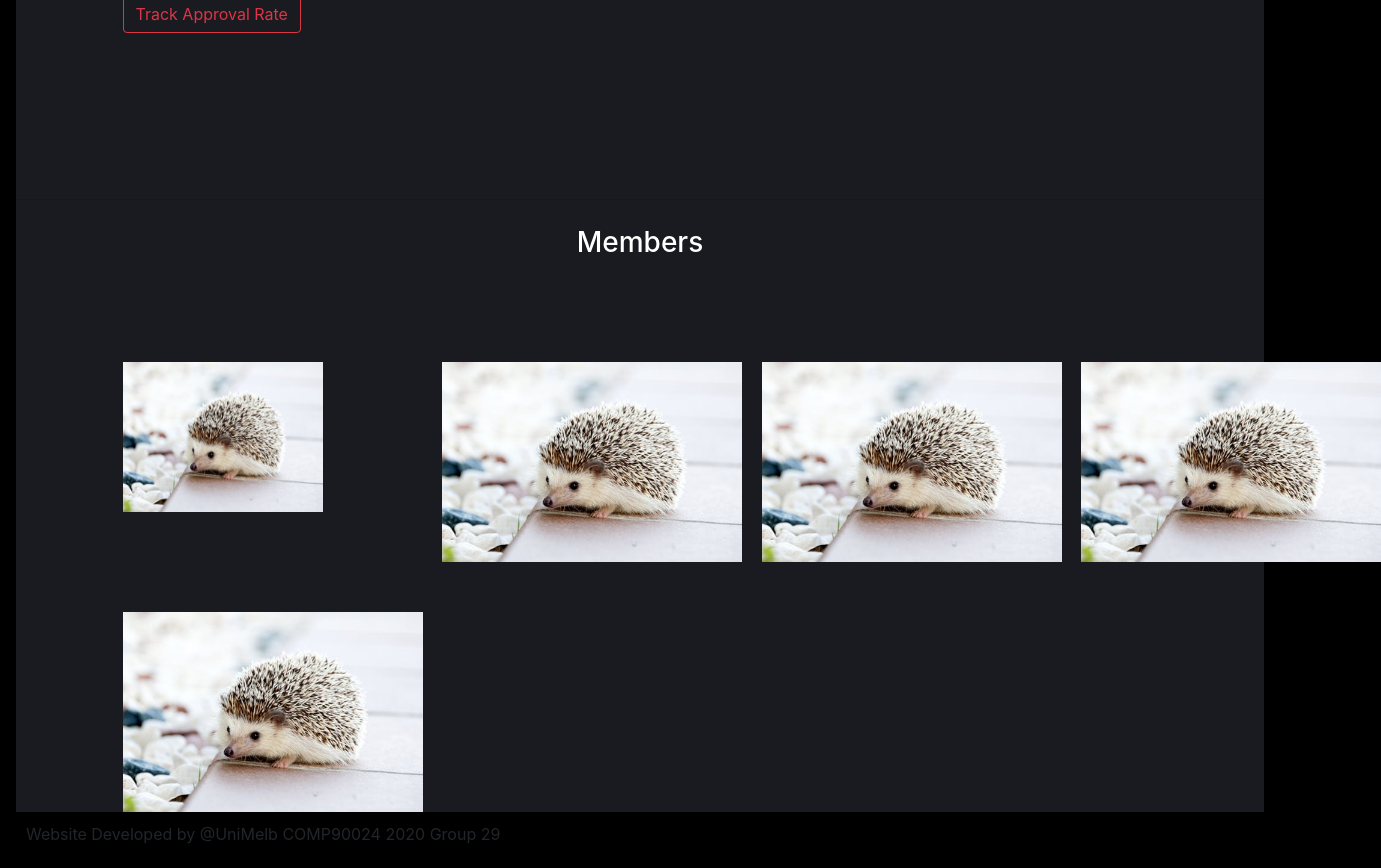
Repository: gusyi/COMP90024_Team29
Page: frontend/templates/frontend/home.html
The author's editor kept a copy of each file at every save. The page is drawn from the files as they stood at one save, then again after the next save.
The browser window is 1280 px wide. The page is 1381 px wide, then 1281 px, so the pictures cover 1381 px, including what lies to the right of the window. The pictures show the part of the page from y = 718 to 1586 px (the page is 1586 px tall before and 1486 px after).
Some web libraries are served in a nearby version. The template is drawn by Django 3.2. The application's start-up code is not run. Other server files are loaded and not shown. The template is opened directly, without the code that normally fills it, so the values that code supplies are empty.

Above is the page before, as saved 2020-05-25 23:24:41.

### backend/frontend/templates/frontend/home.html
{% extends "base_generic.html" %}

{% block main%}

    <div style="background-color:rgb(25, 27, 33);">


    <div style="height: 30px"></div>

    <div class="row">
        <div class="col-sm-1"></div>
        <div class="col-sm-6">
           <div style="height: 70px"></div>
            <h1 style="font-size:100px;color:white;" > Scott Morrison</h1>
            <svg height="30" width="1000">
                <line x1="0" y1="30" x2="400" y2="30" style="stroke:rgb(255,255,255);stroke-width:20" />
            </svg>
            <div style="height: 20px"></div>
            <h1 style="font-size:50px;color:white;" > A Sentiment Analysis on</h1>
            <h1 style="font-size:50px;color:white;" > Twitter Content</h1>

            <div style="height: 80px"></div>
            <a href="/map/"><button type="button" class="btn btn-outline-danger">Track Approval Rate</button></a>


        </div>
        <div class="col-sm-5">
            <div style="height: 50px"></div>
            {% load static %}
            <img src="{% static 'frontend/images/test2.svg' %}" width="500" height="500"/>


        </div>

    </div>
    <div style="height: 150px"></div>
    <hr>
    <div style="height: 10px"></div>
    <h3  style="text-align: center;color:white;"> Members</h3>
    <svg height="5" width="1000">
        <line x1="0" y1="30" x2="400" y2="30" style="stroke:rgb(255,255,255);stroke-width:50" />
    </svg>
    <br>
    <div style="height: 20px"></div>
    <div class="row">
        <div class="col-sm-1"></div>
        <div class="col-sm-2">
            <div style="height: 50px"></div>
            {% load static %}
            <img src="{% static 'frontend/images/pic1.jpeg' %}" width="200" height="150"/>


        </div>
        <div class="col-sm-1"></div>
        <div class="col-sm-2">
            <div style="height: 50px"></div>
            {% load static %}
            <img src="{% static 'frontend/images/pic1.jpeg' %}" width="300" height="200"/>


        </div>
        <div class="col-sm-1"></div>
        <div class="col-sm-2">
            <div style="height: 50px"></div>
            {% load static %}
            <img src="{% static 'frontend/images/pic1.jpeg' %}" width="300" height="200"/>


        </div>
        <div class="col-sm-1"></div>
        <div class="col-sm-2">
            <div style="height: 50px"></div>
            {% load static %}
            <img src="{% static 'frontend/images/pic1.jpeg' %}" width="300" height="200"/>


        </div>
        <div class="col-sm-1"></div>
        <div class="col-sm-2">
            <div style="height: 50px"></div>
            {% load static %}
            <img src="{% static 'frontend/images/pic1.jpeg' %}" width="300" height="200"/>


        </div>

    </div>



    <div>

    </div>
    </div>



{% endblock %}

### backend/frontend/templates/base_generic.html
<!doctype html>
<html lang="en">
  <head>
    <meta charset="utf-8">
    <meta name="viewport" content="width=device-width, initial-scale=1, shrink-to-fit=no">
    <meta name="description" content="">
    <meta name="author" content="Mark Otto, Jacob Thornton, and Bootstrap contributors">
    <meta name="generator" content="Jekyll v3.8.6">
    {% block title %}<title>Morrison Index</title>{% endblock %}


    <link rel="canonical" href="https://getbootstrap.com/docs/4.4/examples/cover/">

  {% load static %}
  <link rel="stylesheet" href="{% static 'frontend/bootstrap.min.css' %}">
  <script src="https://kit.fontawesome.com/e01ef97213.js" crossorigin="anonymous"></script>

    <!-- Favicons -->
<link rel="apple-touch-icon" href="/docs/4.4/assets/img/favicons/apple-touch-icon.png" sizes="180x180">
<link rel="icon" href="/docs/4.4/assets/img/favicons/favicon-32x32.png" sizes="32x32" type="image/png">
<link rel="icon" href="/docs/4.4/assets/img/favicons/favicon-16x16.png" sizes="16x16" type="image/png">
<link rel="manifest" href="/docs/4.4/assets/img/favicons/manifest.json">
<link rel="mask-icon" href="/docs/4.4/assets/img/favicons/safari-pinned-tab.svg" color="#563d7c">
<link rel="icon" href="/docs/4.4/assets/img/favicons/favicon.ico">
<meta name="msapplication-config" content="/docs/4.4/assets/img/favicons/browserconfig.xml">
<meta name="theme-color" content="#563d7c">

    <style>
        #footer {

            padding: 10px 10px 0px 10px;
            bottom: 0;
            width: 100%;
            /* Height of the footer*/
            height: 40px;
            background: dark;
        }
        .bd-placeholder-img {
          font-size: 1.125rem;
          text-anchor: middle;
          -webkit-user-select: none;
          -moz-user-select: none;
          -ms-user-select: none;
          user-select: none;
        }

        @media (min-width: 768px) {
          .bd-placeholder-img-lg {
            font-size: 3.5rem;
          }
        }
    </style>

  </head>
  <header class="masthead mb-auto">
    <div class="inner">

        <nav class="navbar navbar-expand-lg navbar-dark bg-black">

            {% load static %}
            <img src="{% static 'frontend/images/website_logo_90_675.svg' %}" width="90" height="67"/>
            <a class="navbar-brand" href="/">Morrison Index</a>
            <button class="navbar-toggler" type="button" data-toggle="collapse" data-target="#navbarColor02" aria-controls="navbarColor02" aria-expanded="false" aria-label="Toggle navigation">
                <span class="navbar-toggler-icon"></span>
            </button>


            <div class="collapse navbar-collapse" id="navbarColor02">
                <ul class="navbar-nav mr-auto">
                <li class="nav-item active">
                    <a class="nav-link" href="/">Home <span class="sr-only">(current)</span></a>
                </li>
                <li class="nav-item">
                    <a class="nav-link" href="/map/">Map and Statistics</a>
                </li>
                </ul>

            </div>
        </nav>
    </div>
  </header>
  <body style="background-color:black;">

  {% load static %}
  <script src="{% static "frontend/main.js" %}"></script>
    <div class="cover-container d-flex w-100 h-100 p-3 mx-auto flex-column">


  <main role="main" class="inner cover">
  {% block main%}
  {% endblock%}

  </main>

  <div id="footer" >
    <div class="inner">
      <p>Website Developed by @UniMelb COMP90024 2020 Group 29</p>
    </div>
  </div>
</div>
</body>
<script src="https://code.jquery.com/jquery-3.4.1.slim.min.js" integrity="sha384-J6qa4849blE2+poT4WnyKhv5vZF5SrPo0iEjwBvKU7imGFAV0wwj1yYfoRSJoZ+n" crossorigin="anonymous"></script>
<script src="https://cdn.jsdelivr.net/npm/popper.js@1.16.0/dist/umd/popper.min.js" integrity="sha384-Q6E9RHvbIyZFJoft+2mJbHaEWldlvI9IOYy5n3zV9zzTtmI3UksdQRVvoxMfooAo" crossorigin="anonymous"></script>
<script src="https://stackpath.bootstrapcdn.com/bootstrap/4.4.1/js/bootstrap.min.js" integrity="sha384-wfSDF2E50Y2D1uUdj0O3uMBJnjuUD4Ih7YwaYd1iqfktj0Uod8GCExl3Og8ifwB6" crossorigin="anonymous"></script>

</html>

Loaded but not shown: backend/frontend/static/frontend/bootstrap.min.css (library); backend/frontend/static/frontend/main.js (library); backend/frontend/static/frontend/images/website_logo_90_675.svg (549 lines, source omitted)

After the next save:
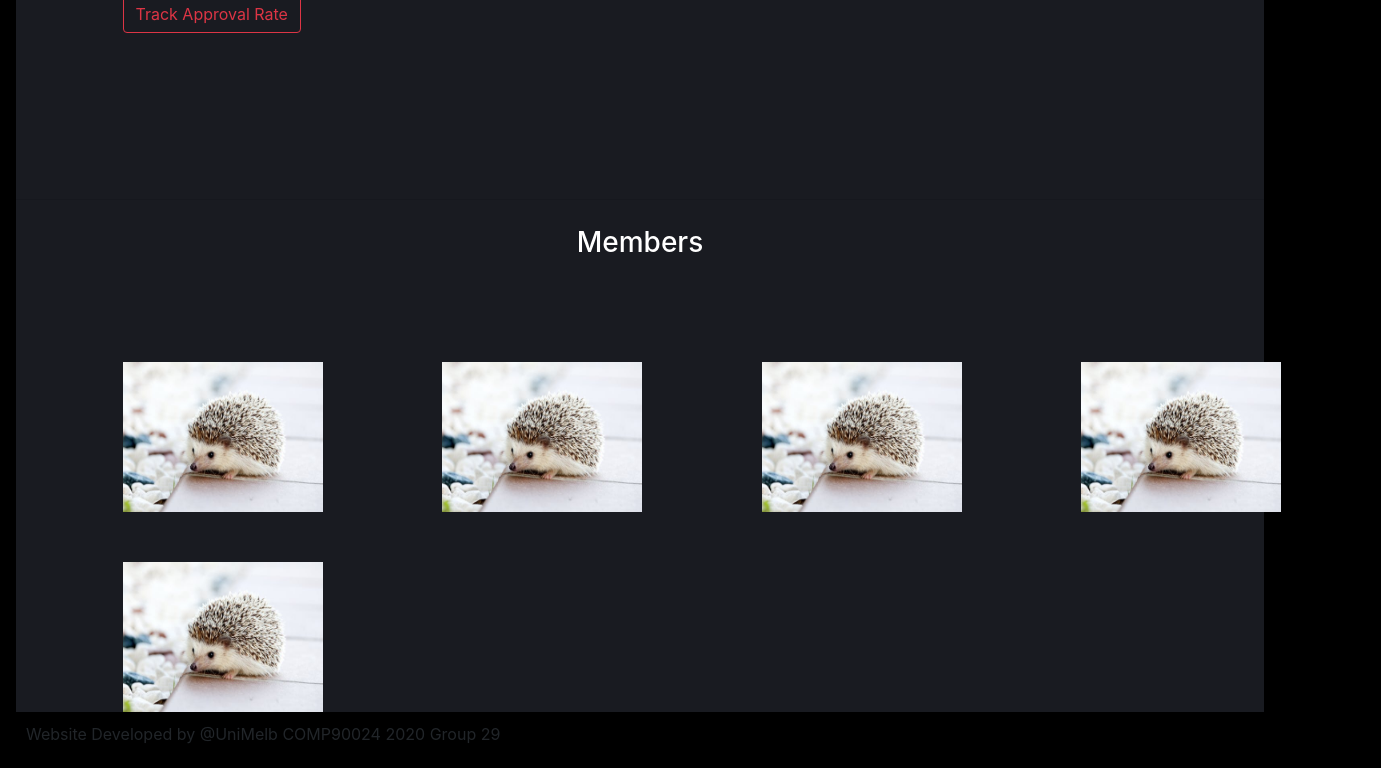
Saved 30 s later.
--- a/backend/frontend/templates/frontend/home.html
+++ b/backend/frontend/templates/frontend/home.html
@@ -55,7 +55,7 @@
         <div class="col-sm-2">
             <div style="height: 50px"></div>
             {% load static %}
-            <img src="{% static 'frontend/images/pic1.jpeg' %}" width="300" height="200"/>
+            <img src="{% static 'frontend/images/pic1.jpeg' %}" width="200" height="150"/>
 
 
         </div>
@@ -63,7 +63,7 @@
         <div class="col-sm-2">
             <div style="height: 50px"></div>
             {% load static %}
-            <img src="{% static 'frontend/images/pic1.jpeg' %}" width="300" height="200"/>
+            <img src="{% static 'frontend/images/pic1.jpeg' %}" width="200" height="150"/>
 
 
         </div>
@@ -71,7 +71,7 @@
         <div class="col-sm-2">
             <div style="height: 50px"></div>
             {% load static %}
-            <img src="{% static 'frontend/images/pic1.jpeg' %}" width="300" height="200"/>
+            <img src="{% static 'frontend/images/pic1.jpeg' %}" width="200" height="150"/>
 
 
         </div>
@@ -79,7 +79,7 @@
         <div class="col-sm-2">
             <div style="height: 50px"></div>
             {% load static %}
-            <img src="{% static 'frontend/images/pic1.jpeg' %}" width="300" height="200"/>
+            <img src="{% static 'frontend/images/pic1.jpeg' %}" width="200" height="150"/>
 
 
         </div>
